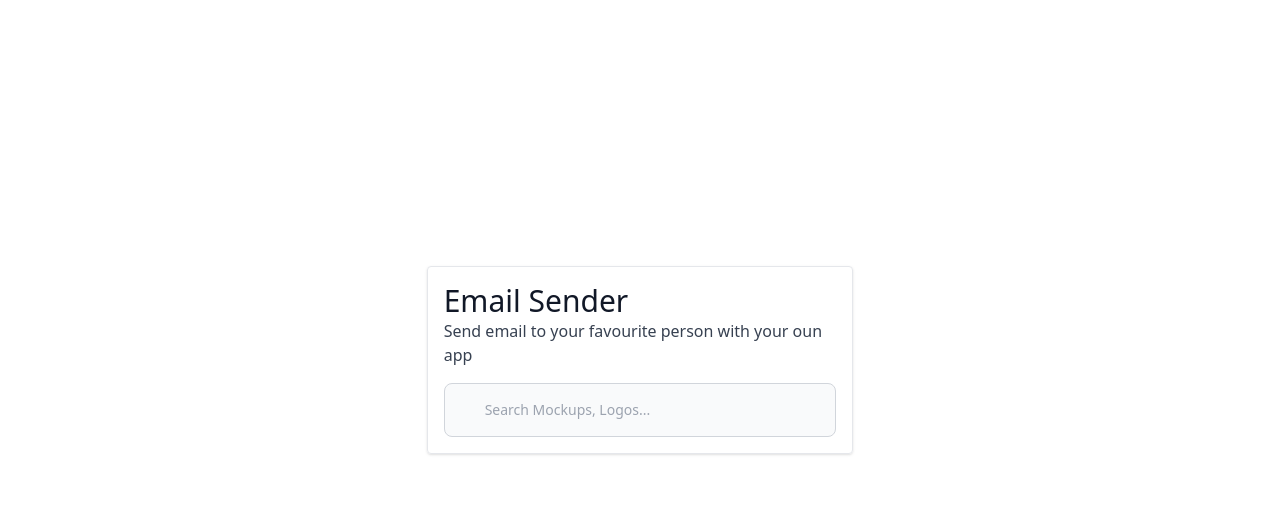
Repository: vikas-1234/EmailReactProject
Page: / (app in email-sender/)
An editor plug-in stored every save of this project. The page is shown before and after the next save, followed by the edit.
The browser window is 1280 px wide. The pictures show the whole page.
The project was rebuilt for these pictures with package versions that can differ from the ones it lists, and the page was loaded fresh each time. Also part of the build but not shown: email-sender/vite.config.js, email-sender/src/App.css.

Above is the page before, as saved 2024-04-20 14:47:27.

After the next save:
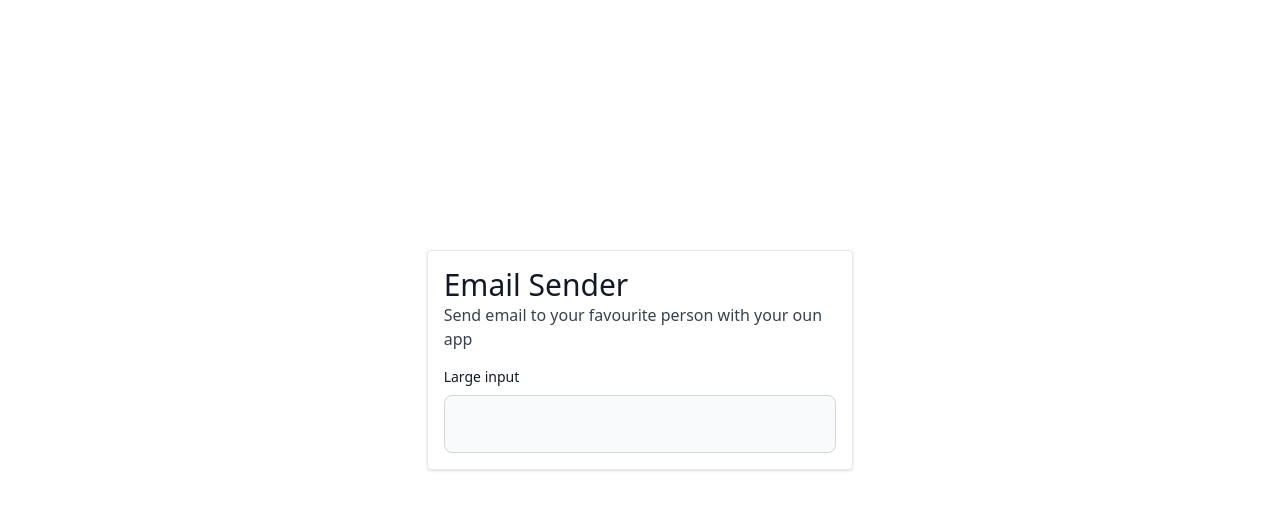
Saved 4 min 15 s later.
--- a/email-sender/src/components/EmailSender.jsx
+++ b/email-sender/src/components/EmailSender.jsx
@@ -16,9 +16,7 @@ function EmailSender() {
 <form action="">
 
 <div className="input_field mt-4">
-<label for="default-search" class="mb-2 text-sm font-medium text-gray-900 sr-only dark:text-white">To whom you want send email</label>
-<input type="search" id="default-search" class="block w-full p-4 ps-10 text-sm text-gray-900 border border-gray-300 rounded-lg bg-gray-50 focus:ring-blue-500 focus:border-blue-500 dark:bg-gray-700 dark:border-gray-600 dark:placeholder-gray-400 dark:text-white dark:focus:ring-blue-500 dark:focus:border-blue-500" placeholder="Search Mockups, Logos..." required />
-
+<label for="large-input" class="block mb-2 text-sm font-medium text-gray-900 dark:text-white">Large input</label><input type="text" id="large-input" class="block w-full p-4 text-gray-900 border border-gray-300 rounded-lg bg-gray-50 text-base focus:ring-blue-500 focus:border-blue-500 dark:bg-gray-700 dark:border-gray-600 dark:placeholder-gray-400 dark:text-white dark:focus:ring-blue-500 dark:focus:border-blue-500"></input>
 </div>
 
 
